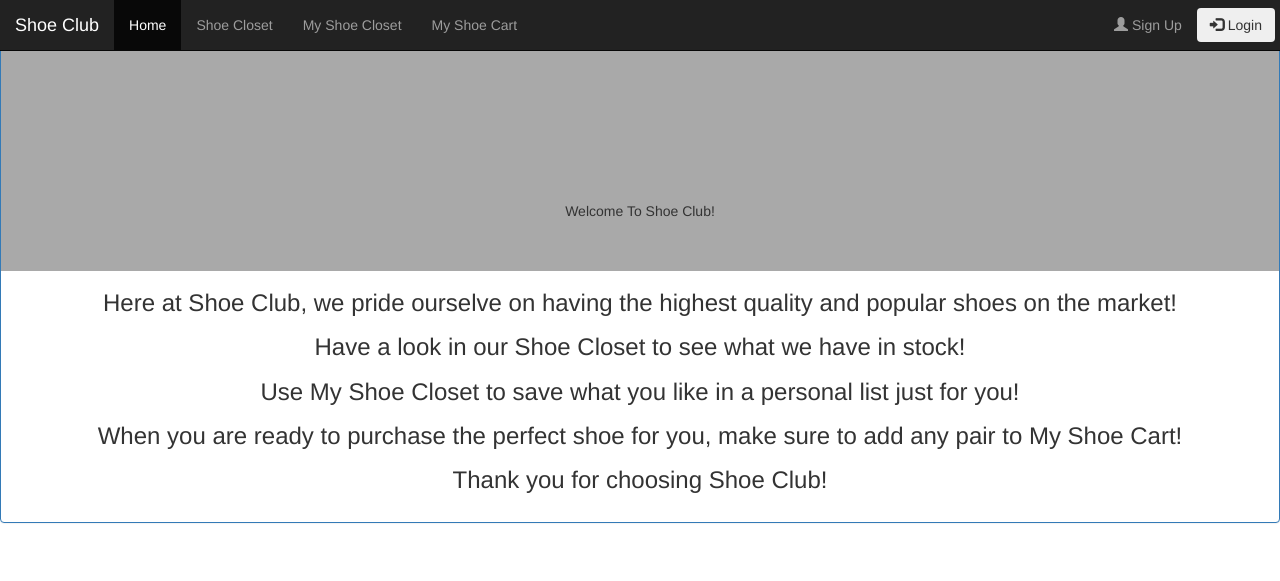
Repository: georgewoizesko/WeekFiveRefactor
Page: weekfiveprojectRefactored/src/main/webapp/index.html
An editor plug-in stored every save of this project. The page is shown before and after the next save, followed by the edit.
The browser window is 1280 px wide. The pictures show the whole page.
Some web libraries are served in a nearby version.

Above is the page before, as saved 2016-09-02 18:16:43.

After the next save:
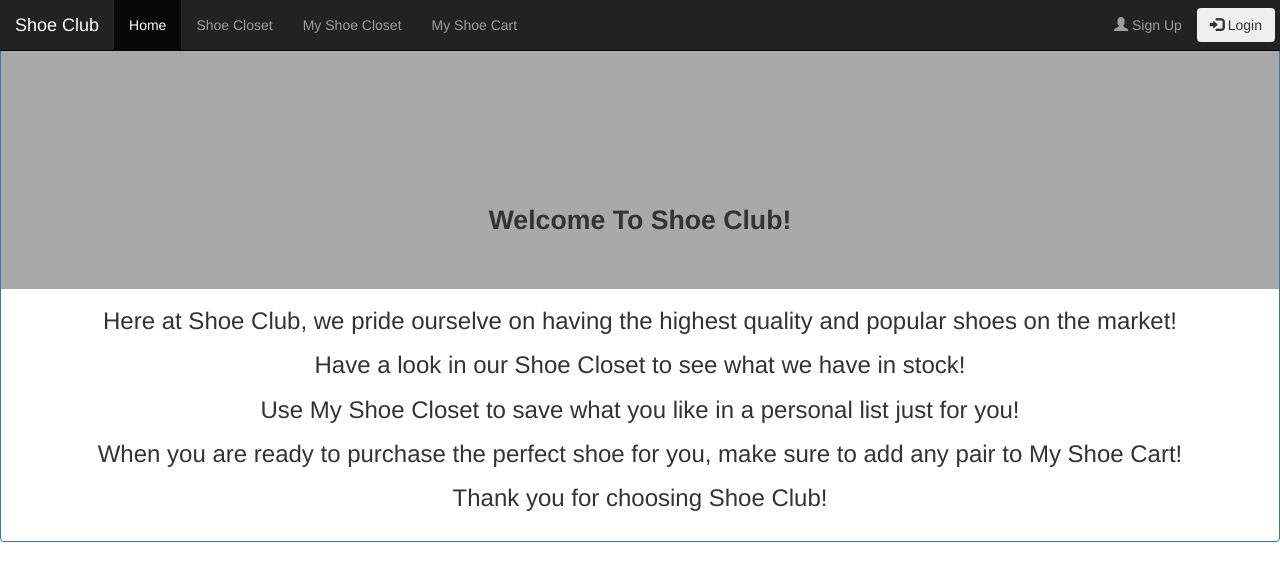
Saved 48 s later.
--- a/weekfiveprojectRefactored/src/main/webapp/index.html
+++ b/weekfiveprojectRefactored/src/main/webapp/index.html
@@ -10,6 +10,8 @@
  <style>
  .heading
  {
+ font-size: 20pt;
+ font-weight: bold;
  	text-align: center;
   background-color: darkgray;
   padding-top: 200px;
